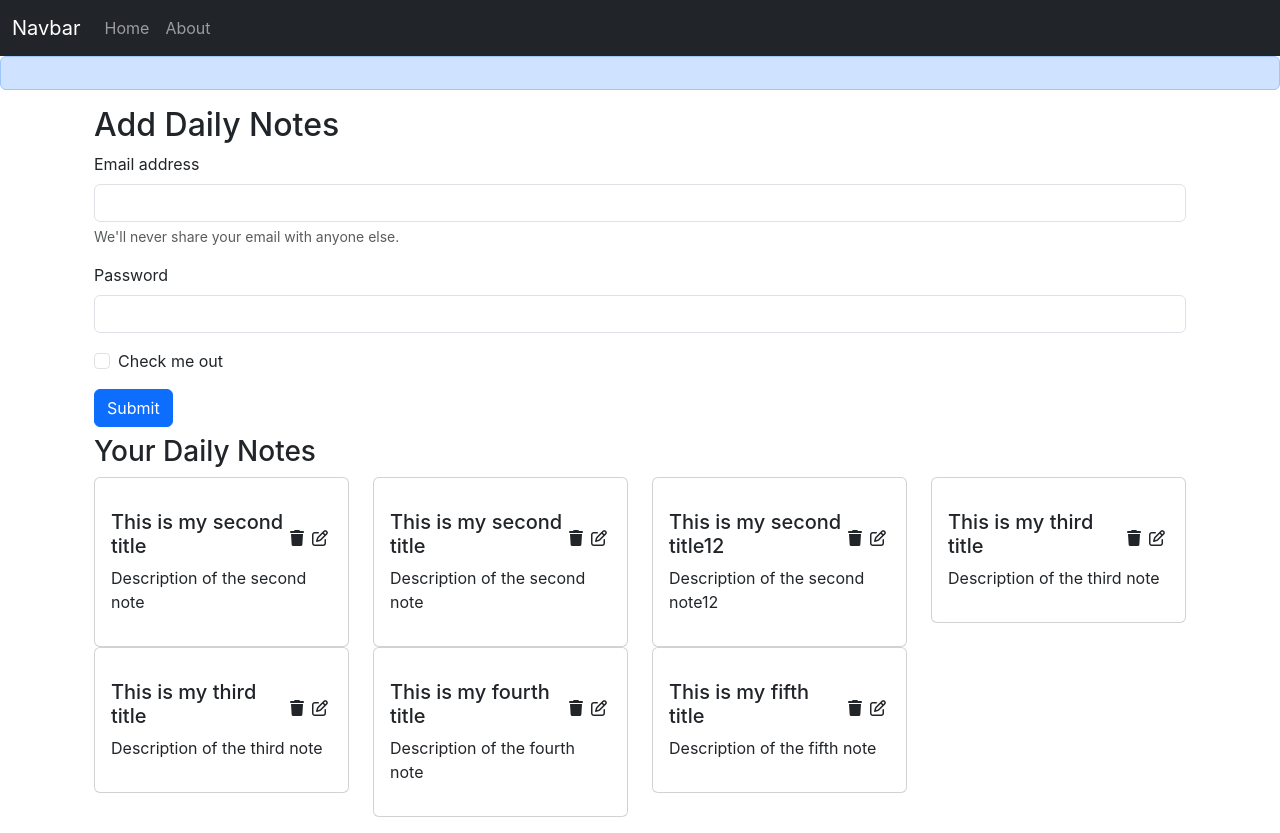
Repository: alphacode77/DailyNotes-react
Page: /
The author's editor kept a copy of each file at every save. The page is drawn from the files as they stood at one save, then again after the next save.
The browser window is 1280 px wide. The pictures show the whole page.
Some web libraries are served in a nearby version. The project was rebuilt for these pictures with package versions that can differ from the ones it lists, and the page was loaded fresh each time. Also part of the build but not shown: src/App.css, src/components/About.js.

Above is the page before, as saved 2023-02-25 22:57:37.

### public/index.html
<!DOCTYPE html>
<html lang="en">
  <head>
    <meta charset="utf-8" />
    <link rel="icon" href="%PUBLIC_URL%/favicon.ico" />
    <meta name="viewport" content="width=device-width, initial-scale=1" />
    <meta name="theme-color" content="#000000" />
    <meta
      name="description"
      content="Web site created using create-react-app"
    />
    <link rel="apple-touch-icon" href="%PUBLIC_URL%/logo192.png" />
    <!--
      manifest.json provides metadata used when your web app is installed on a
      user's mobile device or desktop. See https://developers.google.com/web/fundamentals/web-app-manifest/
    -->
    <link rel="manifest" href="%PUBLIC_URL%/manifest.json" />
    <!--
      Notice the use of %PUBLIC_URL% in the tags above.
      It will be replaced with the URL of the `public` folder during the build.
      Only files inside the `public` folder can be referenced from the HTML.

      Unlike "/favicon.ico" or "favicon.ico", "%PUBLIC_URL%/favicon.ico" will
      work correctly both with client-side routing and a non-root public URL.
      Learn how to configure a non-root public URL by running `npm run build`.
    -->
    <link href="https://cdn.jsdelivr.net/npm/bootstrap@5.3.0-alpha1/dist/css/bootstrap.min.css" rel="stylesheet" integrity="sha384-GLhlTQ8iRABdZLl6O3oVMWSktQOp6b7In1Zl3/Jr59b6EGGoI1aFkw7cmDA6j6gD" crossorigin="anonymous">
    <title>React App</title>
  </head>
  <body>
    <noscript>You need to enable JavaScript to run this app.</noscript>
    <div id="root"></div>
    <!--
      This HTML file is a template.
      If you open it directly in the browser, you will see an empty page.

      You can add webfonts, meta tags, or analytics to this file.
      The build step will place the bundled scripts into the <body> tag.

      To begin the development, run `npm start` or `yarn start`.
      To create a production bundle, use `npm run build` or `yarn build`.
    -->
    <script src="https://cdn.jsdelivr.net/npm/bootstrap@5.3.0-alpha1/dist/js/bootstrap.bundle.min.js" integrity="sha384-w76AqPfDkMBDXo30jS1Sgez6pr3x5MlQ1ZAGC+nuZB+EYdgRZgiwxhTBTkF7CXvN" crossorigin="anonymous"></script>
    <script src="https://kit.fontawesome.com/320aa9be75.js" crossorigin="anonymous"></script>
  </body>
</html>

### src/index.css
body {
  margin: 0;
  font-family: -apple-system, BlinkMacSystemFont, 'Segoe UI', 'Roboto', 'Oxygen',
    'Ubuntu', 'Cantarell', 'Fira Sans', 'Droid Sans', 'Helvetica Neue',
    sans-serif;
  -webkit-font-smoothing: antialiased;
  -moz-osx-font-smoothing: grayscale;
}

code {
  font-family: source-code-pro, Menlo, Monaco, Consolas, 'Courier New',
    monospace;
}


/* Custom Styles */
i{
  cursor: pointer;
}

### src/App.js
import './App.css';
import Navbar from './components/Navbar';
import Home from './components/Home';
import About from './components/About';
import NoteState from './Context/Notes/NoteState';
import {
  BrowserRouter as Router,
  Route,
  Routes
} from "react-router-dom";
import Alert from './components/Alert';

function App() {
  return (
    <>
    <NoteState>
    <Router>
      <Navbar/>
      <Alert/>
    <div className='container'>
    <Routes>
      <Route exact path="/" element={<Home/>} />
      <Route exact path="/home" element={<Home/>} />
      <Route exact path="/about" element={<About/>} />
      {/* <Route exactPath="/navbar" element={<Navbar/>} /> */}
    </Routes>
    </div>
  </Router>
  </NoteState>
    </>

  );
}

export default App;

### src/components/Navbar.js
import React, { useEffect }  from 'react'
import { Link , useLocation} from 'react-router-dom'

const Navbar = ()=>{
  let location = useLocation();
  useEffect(()=>{
console.log(location.pathname)
  },[location])
  return (
     <>
     <nav className="navbar navbar-expand-lg navbar-dark  bg-dark">
  <div className="container-fluid">
    <Link className="navbar-brand" to="/">Navbar</Link>
    <button className="navbar-toggler" type="button" data-bs-toggle="collapse" data-bs-target="#navbarSupportedContent" aria-controls="navbarSupportedContent" aria-expanded="false" aria-label="Toggle navigation">
      <span className="navbar-toggler-icon"></span>
    </button>
    <div className="collapse navbar-collapse" id="navbarSupportedContent">
      <ul className="navbar-nav me-auto mb-2 mb-lg-0">
        <li className="nav-item">
          <Link className={`nav-link  ${location.pathname==="/home"?"active":""}`} aria-current="page" to="/home">Home</Link>
        </li>
        <li className="nav-item">
          <Link className={`nav-link ${location.pathname==="/about"?"active":""}`} to="/about">About</Link>
        </li>
      </ul>
    </div>
  </div>
</nav>
     </>
    )
}

export default Navbar

### src/components/Home.js
import React from "react"
import Notes from "./Notes"

const Home =()=>{

    return(
        <>
        <div className="container my-3">
            <h2> Add Daily Notes</h2>
        <form className="my-2">
  <div className="mb-3">
    <label htmlFor="exampleInputEmail1" className="form-label">Email address</label>
    <input type="email" className="form-control" id="exampleInputEmail1" aria-describedby="emailHelp"/>
    <div id="emailHelp" className="form-text">We'll never share your email with anyone else.</div>
  </div>
  <div className="mb-3">
    <label htmlFor="exampleInputPassword1" className="form-label">Password</label>
    <input type="password" className="form-control" id="exampleInputPassword1"/>
  </div>
  <div className="mb-3 form-check">
    <input type="checkbox" className="form-check-input" id="exampleCheck1"/>
    <label className="form-check-label" htmlFor="exampleCheck1">Check me out</label>
  </div>
  <button type="submit" className="btn btn-primary">Submit</button>
</form>
<Notes/>
</div>

        </>
    )
}

export default Home

### src/Context/Notes/NoteState.js
import React,{useState} from "react";
import NoteContext from "./NoteContext"


const NoteState = (props)=>{
   const initalNotes= [
    {
      "_id": "63f3b6c7c6863985aada677be",
      "user": "63f20b9a00ad623ad3d4dae2",
      "title": "This is my second title",
      "description": "Description of the second note",
      "tag": "demo check",
      "date": "2023-02-20T18:07:03.296Z",
      "__v": 0
    },
    {
      "_id": "63f3b892a33086ff244bcc267",
      "user": "63f20b9a00ad623ad3d4dae2",
      "title": "This is my second title",
      "description": "Description of the second note",
      "tag": "demo check",
      "date": "2023-02-20T18:14:42.184Z",
      "__v": 0
    },
    {
      "_id": "63f3b89ca34086ff244bcc26b",
      "user": "63f20b9a00ad623ad3d4dae2",
      "title": "This is my second title12",
      "description": "Description of the second note12",
      "tag": "demo check",
      "date": "2023-02-20T18:14:52.449Z",
      "__v": 0
    },
    {
      "_id": "63f49f58882156f0ed94969e",
      "user": "63f20b9a00ad623ad3d4dae2",
      "title": "This is my third title",
      "description": "Description of the third note",
      "tag": "personal",
      "date": "2023-02-21T10:39:20.800Z",
      "__v": 0
    },
    {
      "_id": "63f49f588821565f0ed94969e",
      "user": "63f20b9a00ad623ad3d4dae2",
      "title": "This is my third title",
      "description": "Description of the third note",
      "tag": "personal",
      "date": "2023-02-21T10:39:20.800Z",
      "__v": 0
    },
    {
      "_id": "63f90022ae5c6479c6e95d43e",
      "user": "63f20b9a00ad623ad3d4dae2",
      "title": "This is my fourth title",
      "description": "Description of the fourth note",
      "tag": "personal",
      "date": "2023-02-24T18:21:30.036Z",
      "__v": 0
    },
    {
      "_id": "63f90b33480d3d651f2ba231",
      "user": "63f20b9a00ad623ad3d4dae2",
      "title": "This is my fifth title",
      "description": "Description of the fifth note",
      "tag": "personal",
      "date": "2023-02-24T19:08:35.605Z",
      "__v": 0
    }
  ]
  const [notes,setNotes]=useState(initalNotes)
    return (
        <NoteContext.Provider value={{notes,setNotes}}>
            {props.children}
        </NoteContext.Provider>

    )
}

export default NoteState;

### src/components/Alert.js
import React from 'react'

function Alert(props) {
  return (
    <div>
        <div className='alert alert-primary' role="alert">
            {props.message}
        </div>

    </div>
  )
}

export default Alert

### src/components/Notes.js
import React,{useContext} from 'react'
import NoteContext from '../Context/Notes/NoteContext'
import Noteitem from "./Noteitem"

function Notes() {
    const context=useContext(NoteContext)
    const{notes,setNotes} = context
  return (
<div className="row my-2">
    <h3>Your Daily Notes</h3>
    {notes.map((notes)=>{
        return <Noteitem key={notes._id} note={notes}/>
    })}
</div>
  )
}

export default Notes

### src/Context/Notes/NoteContext.js
import {createContext} from 'react'

const NoteContext = createContext();

export default NoteContext;

### src/components/Noteitem.js
import React from 'react'

const Noteitem=(props)=> {
    const {note}=props
  return (
    <div className='col-md-3'>
        <div className='card'>
            <div className='card-body my-3'>
              <div className='d-flex align-items-center'>
              <h5 className='card-title'>{note.title}</h5>
              <i className="fa-solid fa-trash mx-1"></i>
              <i className="fa-regular fa-pen-to-square mx-1"></i>
              </div>
                <p className='card-text'>{note.description}</p>
            </div>
        </div>
    </div>
  )
}

export default Noteitem

Loaded but not shown: src/index.js (common file)

After the next save:
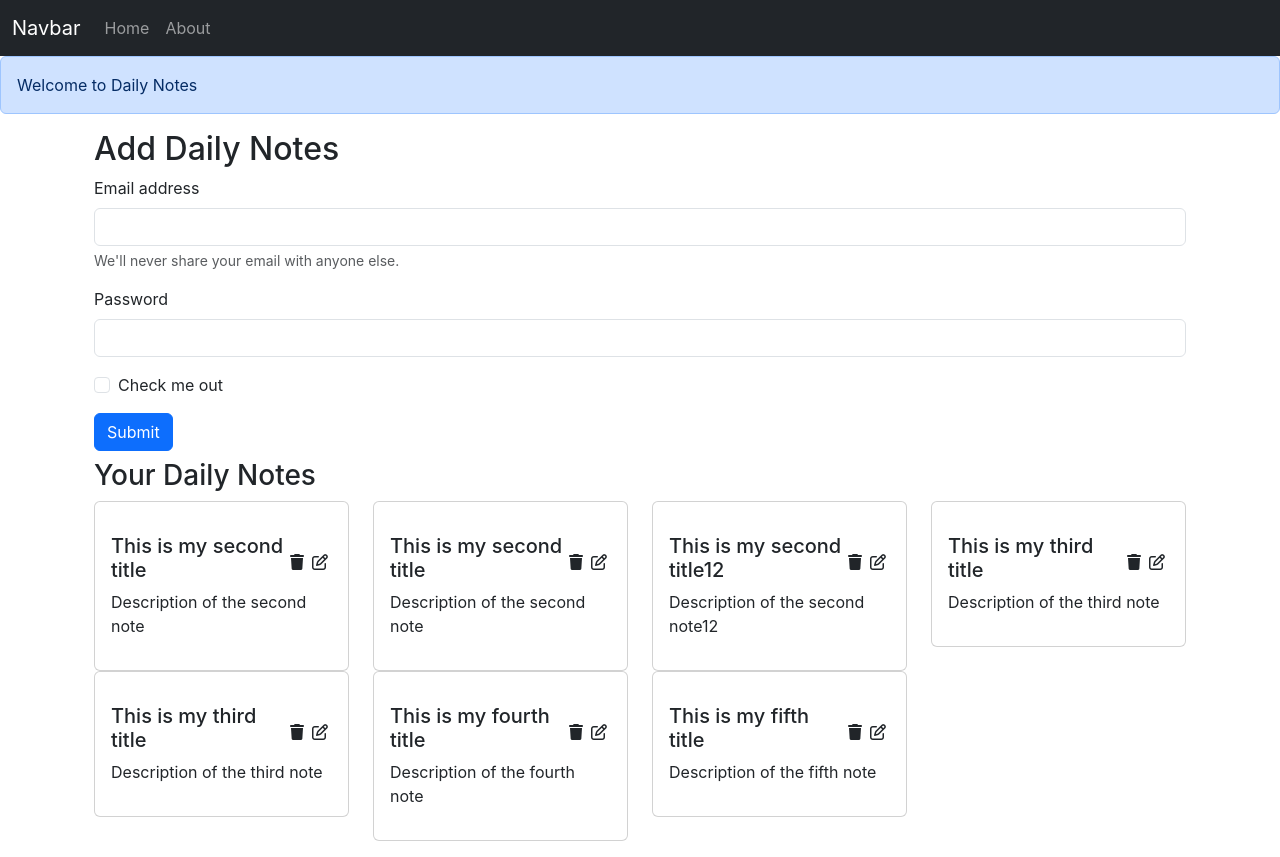
Saved 37 s later.
--- a/src/App.js
+++ b/src/App.js
@@ -16,7 +16,7 @@ function App() {
     <NoteState>
     <Router>
       <Navbar/>
-      <Alert/>
+      <Alert message="Welcome to Daily Notes"/>
     <div className='container'>
     <Routes>
       <Route exact path="/" element={<Home/>} />
